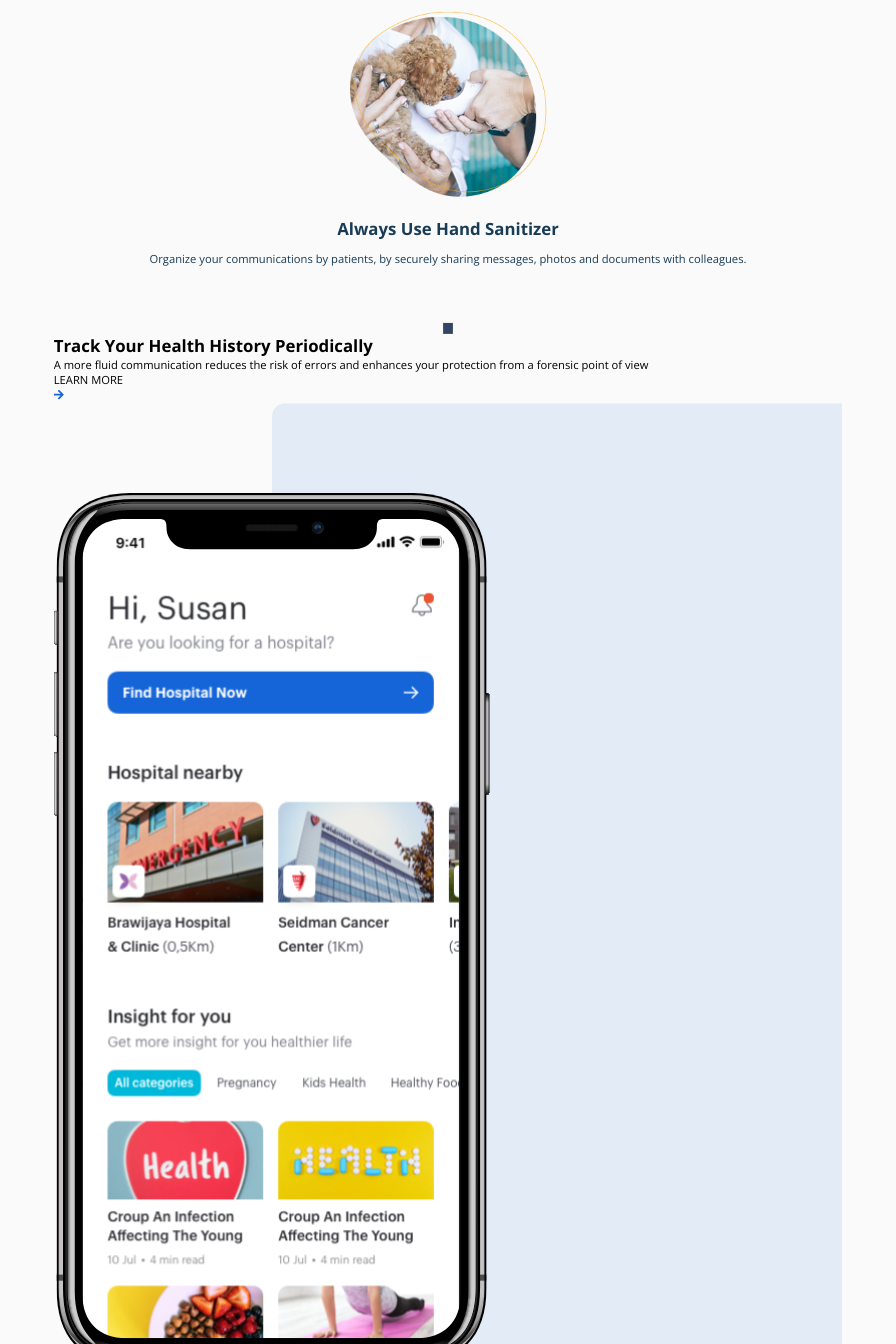
Repository: Esttevo/prova-html-css
Page: index.html
The author's editor kept a copy of each file at every save. The page is drawn from the files as they stood at one save, then again after the next save.
The browser window is 1280 px wide. The pictures show the part of the page from y = 4580 to 6500 px (the page is 8406 px tall before and 8422 px after), at 70% of full size.
A picture or video elsewhere on the page could not be fetched, so the positions and the page height are approximate.

Above is the page before, as saved 2026-09-01 15:05:48.

After the next save:
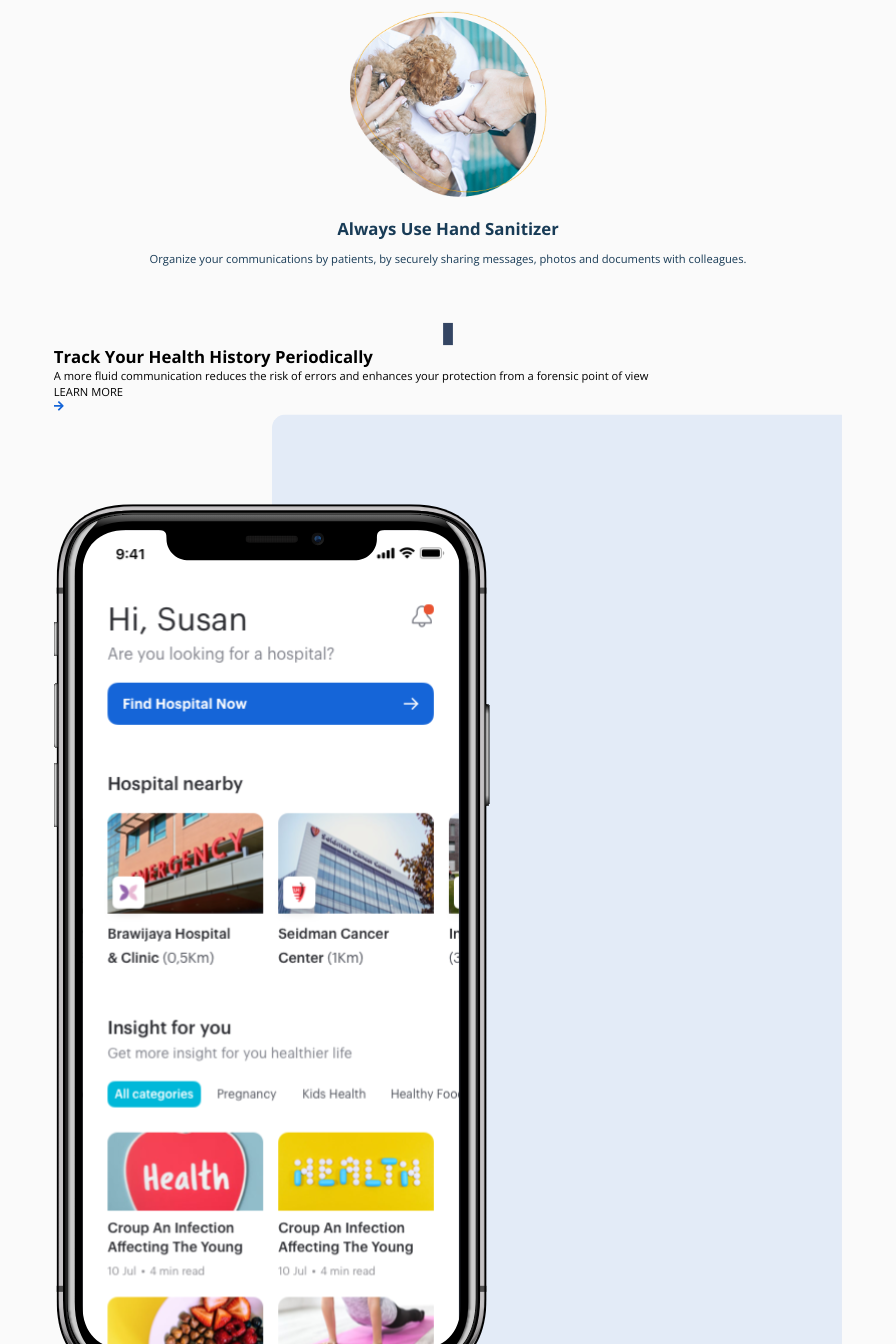
Saved 7 s later.
--- a/style.css
+++ b/style.css
@@ -287,5 +287,5 @@ header {
 }
 
 #section-health .stylization-bar {
-    padding-bottom: 1rem;
-}
+    padding-bottom: 2rem;
+}
